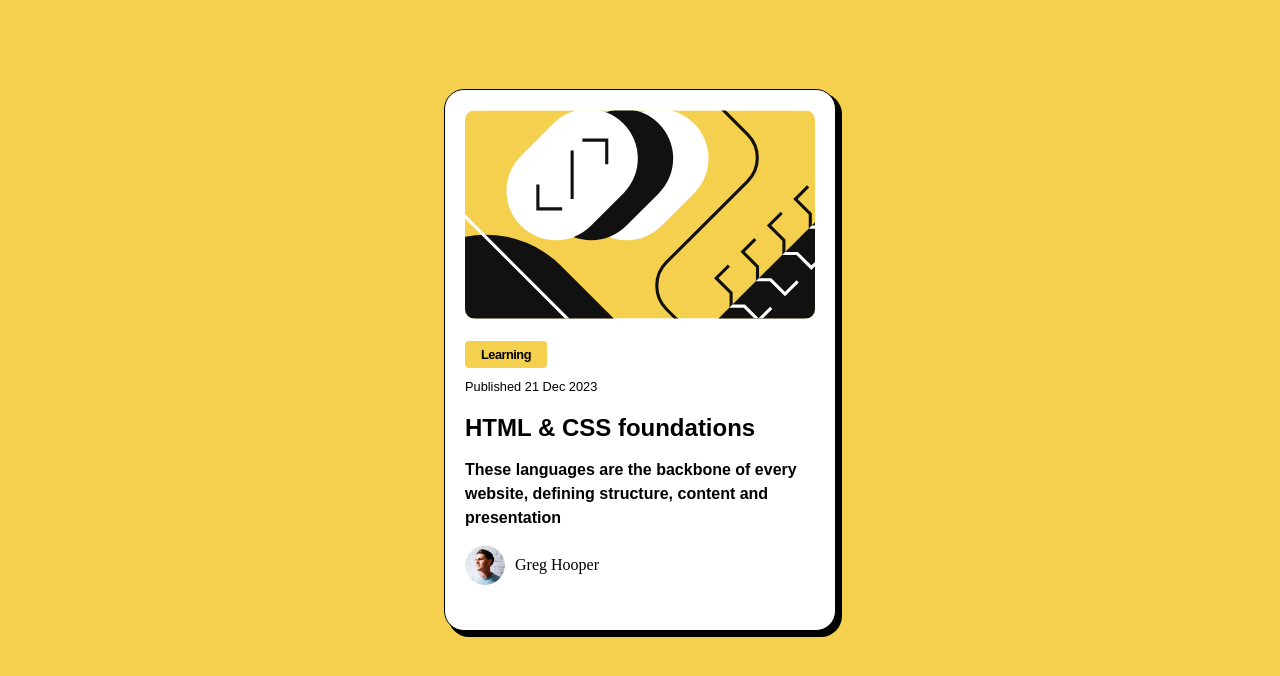
Repository: brandontaylor1/blogpreviewcard
Page: index.html
These files come from the project's save history. The page is drawn as it stood at one moment and after a run of saves; the edit follows.
The browser window is 1280 px wide. The pictures show the whole page.

Above is the page before, as saved 2024-12-25 12:18:57.

After the next 2 saves:
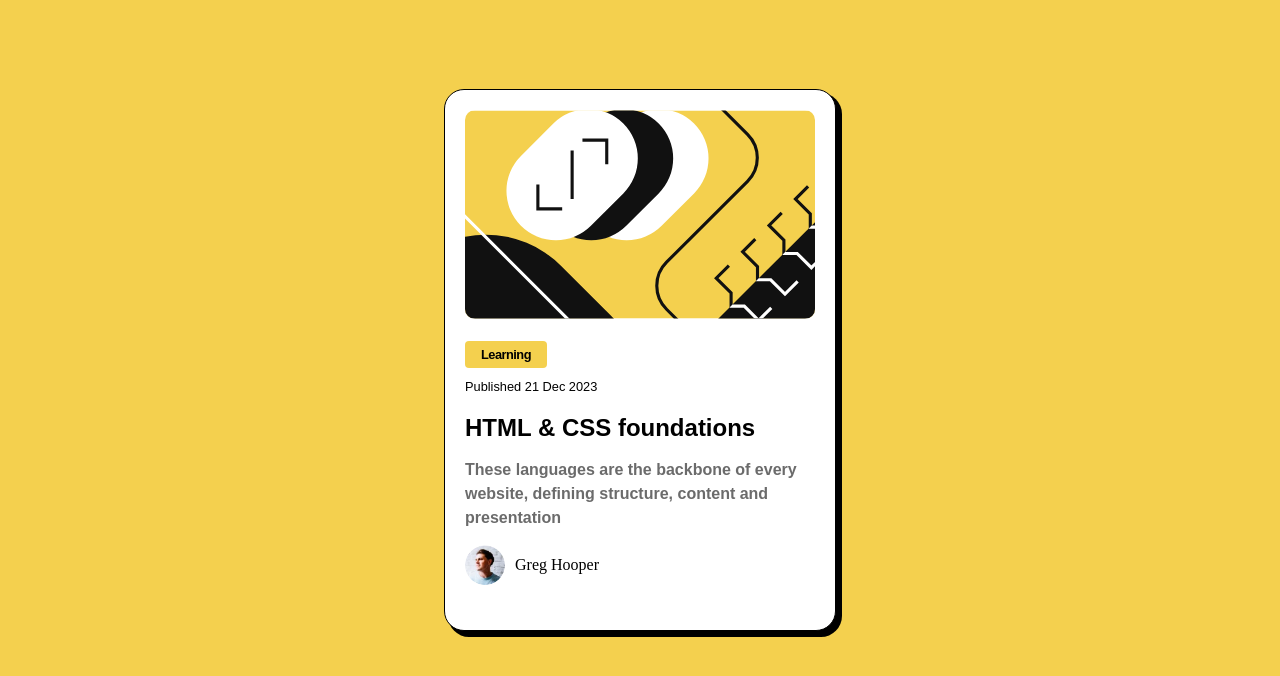
The 2 saves are shown as one change because they came seconds apart.
The last was saved 24 s later.
--- a/index.css
+++ b/index.css
@@ -108,6 +108,7 @@ body {
     font-size: 1rem;
     line-height: 1.5;
     margin-bottom: 10px;
+    color: var(--primary-gray-reg);
 }
 
 .user-footer {
